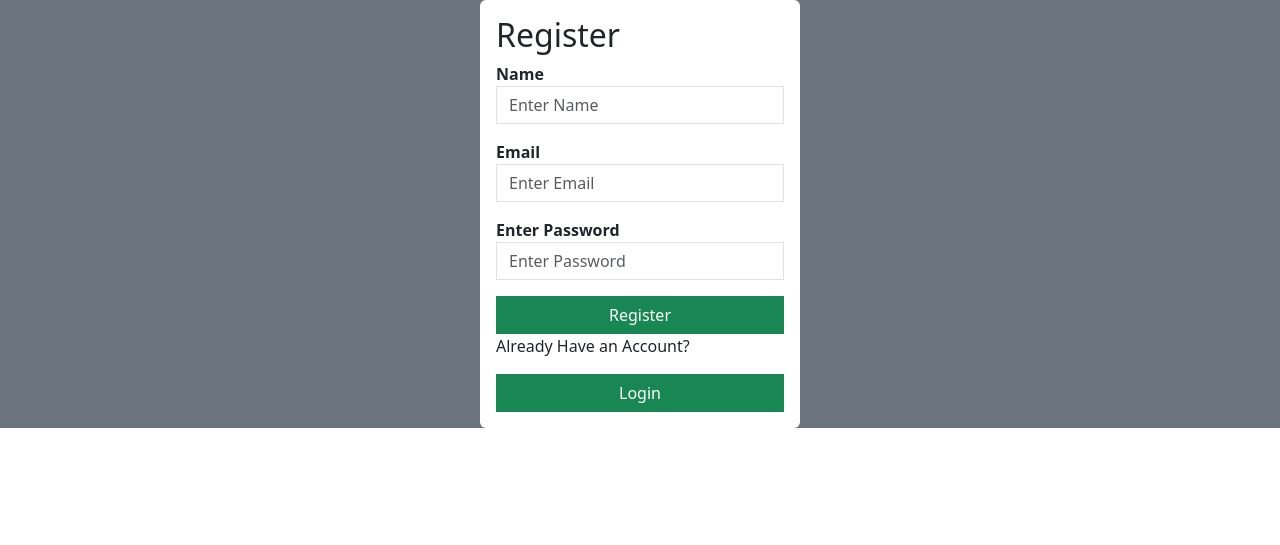
Repository: kapucuonur/LOGIN_REGISTER
Page: /register (app in client/)
These files come from the project's save history. The page is drawn as it stood at one moment and after the next save; the edit follows.
The browser window is 1280 px wide. The pictures show the whole page.
The project was rebuilt for these pictures with package versions that can differ from the ones it lists, and the page was loaded fresh each time. Also part of the build but not shown: client/vite.config.js, client/src/Login.jsx, client/src/Home.jsx, client/src/components/Parent.js, client/src/components/Child.js.

Above is the page before, as saved 2024-11-21 00:44:11.

After the next save:
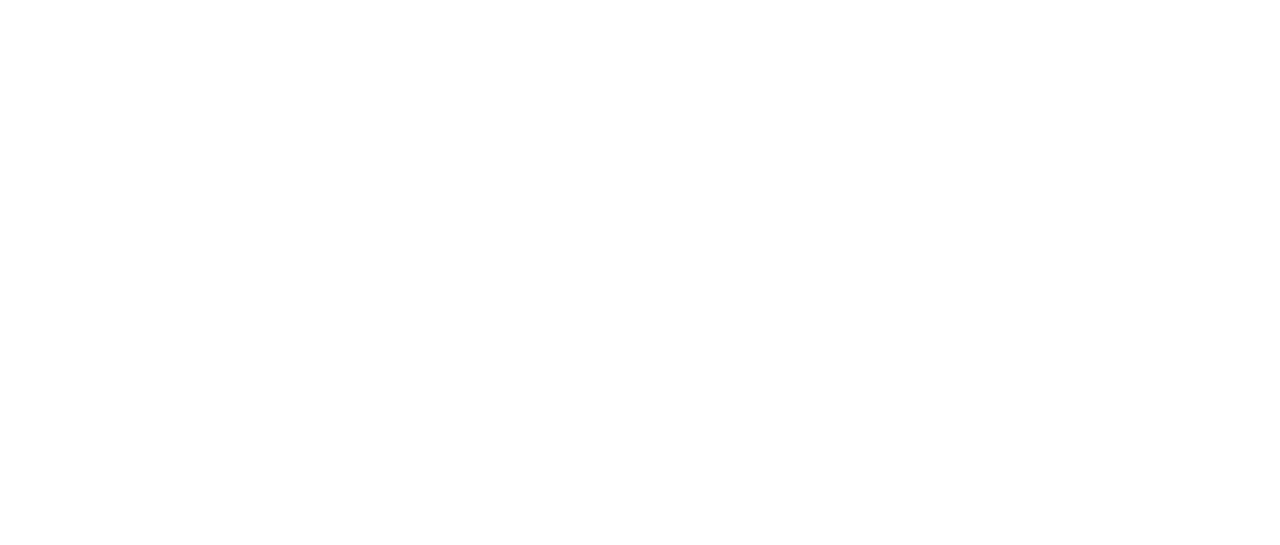
Console error: ReferenceError: confirmPassword is not defined
Saved 2 min 11 s later.
--- a/client/src/Signup.jsx
+++ b/client/src/Signup.jsx
@@ -88,7 +88,7 @@
                             name="password"
                             className="form-control rounded-0"
                             onChange={(e) => setPassword(e.target.value)}
-                            value={password}
+                            value={confirmPassword}
                         />
                     </div>
 

After the 2 saves that followed:
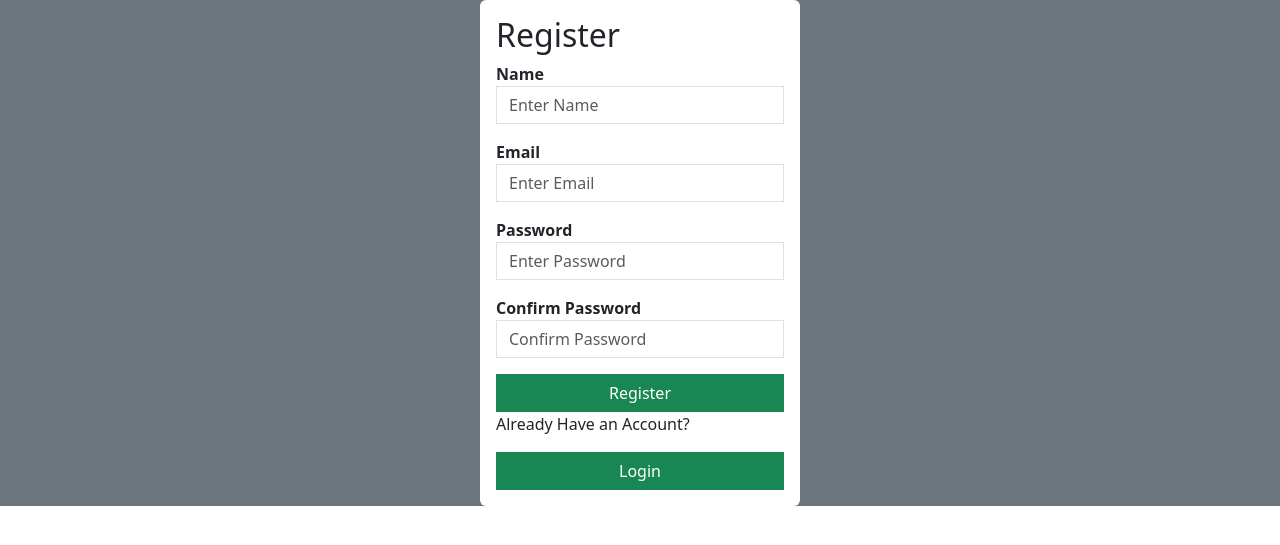
The error is gone.
The 2 saves are shown as one change because 1 left the picture as it was.
The last was saved 3 min 24 s later.
--- a/client/src/Signup.jsx
+++ b/client/src/Signup.jsx
@@ -8,11 +8,12 @@
     const [name, setName] = useState("");
     const [email, setEmail] = useState("");
     const [password, setPassword] = useState("");
+    const [confirmPassword, setConfirmPassword] = useState(""); // New state for confirmPassword
     const navigate = useNavigate();
 
     // Form validation before submitting
     const validateForm = () => {
-        if (!name || !email || !password) {
+        if (!name || !email || !password || !confirmPassword) {
             toast.error("All fields are required!");
             return false;
         }
@@ -20,6 +21,11 @@
         const emailPattern = /^[a-zA-Z0-9._-]+@[a-zA-Z0-9.-]+\.[a-zA-Z]{2,6}$/;
         if (!emailPattern.test(email)) {
             toast.error("Please enter a valid email address.");
+            return false;
+        }
+        // Check if password and confirm password match
+        if (password !== confirmPassword) {
+            toast.error("Passwords do not match!");
             return false;
         }
         return true;
@@ -77,10 +83,9 @@
                         />
                     </div>
 
-
                     <div className="mb-3">
                         <label htmlFor="password">
-                            <strong>Enter Password</strong>
+                            <strong>Password</strong>
                         </label>
                         <input
                             type="password"
@@ -88,6 +93,20 @@
                             name="password"
                             className="form-control rounded-0"
                             onChange={(e) => setPassword(e.target.value)}
+                            value={password}
+                        />
+                    </div>
+
+                    <div className="mb-3">
+                        <label htmlFor="confirmPassword">
+                            <strong>Confirm Password</strong>
+                        </label>
+                        <input
+                            type="password"
+                            placeholder="Confirm Password"
+                            name="confirmPassword"
+                            className="form-control rounded-0"
+                            onChange={(e) => setConfirmPassword(e.target.value)}
                             value={confirmPassword}
                         />
                     </div>
